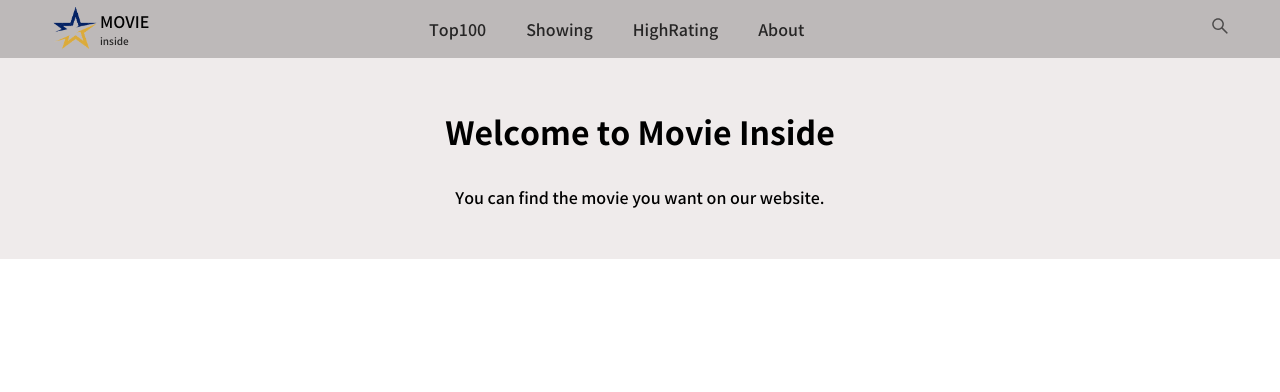
Repository: yangddoddi/Movie-Inside
Page: /
These files come from the project's save history. The page is drawn as it stood at one moment and after the next save; the edit follows.
The browser window is 1280 px wide. The pictures show the whole page.
The project was rebuilt for these pictures with package versions that can differ from the ones it lists, and the page was loaded fresh each time. Also part of the build but not shown: src/App.css, src/routes/Detail.js.

Above is the page before, as saved 2022-05-02 19:41:24.

After the next save:
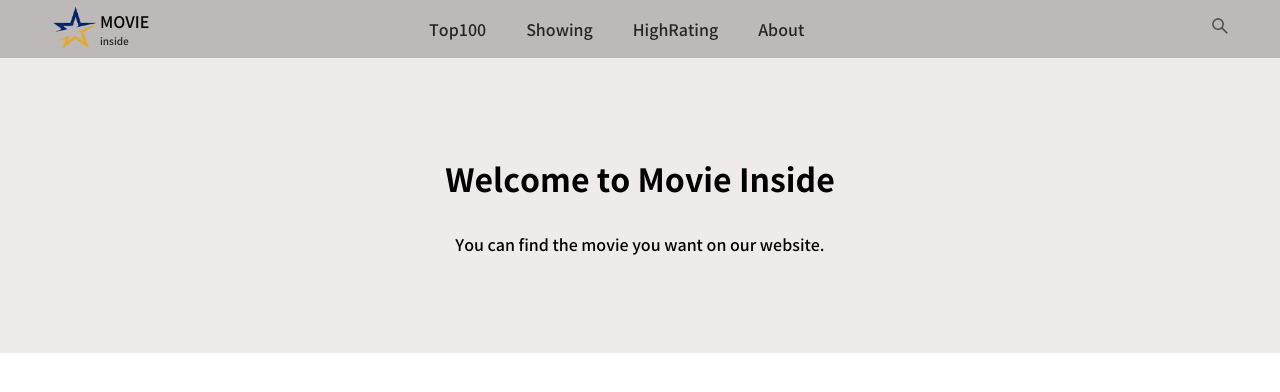
Saved 11 s later.
--- a/src/components/Main/Jumbotron.module.scss
+++ b/src/components/Main/Jumbotron.module.scss
@@ -5,7 +5,7 @@
     display: flex;
     justify-content: center;
     align-items: center;
-    height: 40%;
+    height: 41vh;
 }
 
 .jumbotronContainer {
